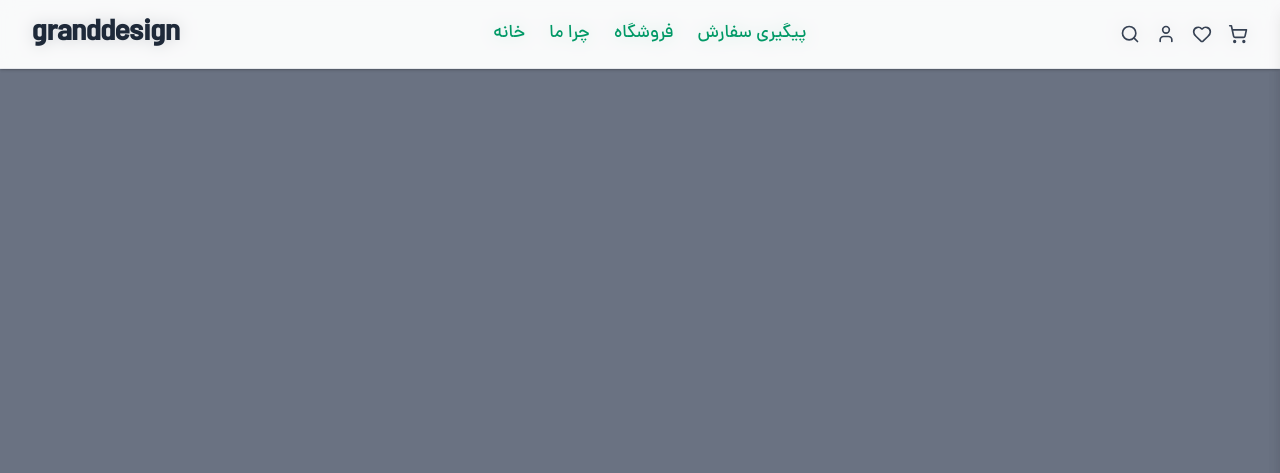
Repository: Aihan-2005/granddesign.frontend
Page: /productTracking
These files come from the project's save history. The page is drawn as it stood at one moment and after the next save; the edit follows.
The browser window is 1280 px wide. The pictures show the whole page.
The project was rebuilt for these pictures with package versions that can differ from the ones it lists, and the page was loaded fresh each time. The framework's server and built-in components were replaced by stand-ins that run in the browser. Also part of the build but not shown: next.config.mjs, src/components/store/modal/Search.jsx, src/zustand/useAuthStore.jsx, src/components/store/modal/Login.jsx, src/components/store/modal/CartModal.jsx, src/components/store/modal/FavoritesModal.jsx.

Above is the page before, as saved 2025-09-16 01:18:53.

After the next save:
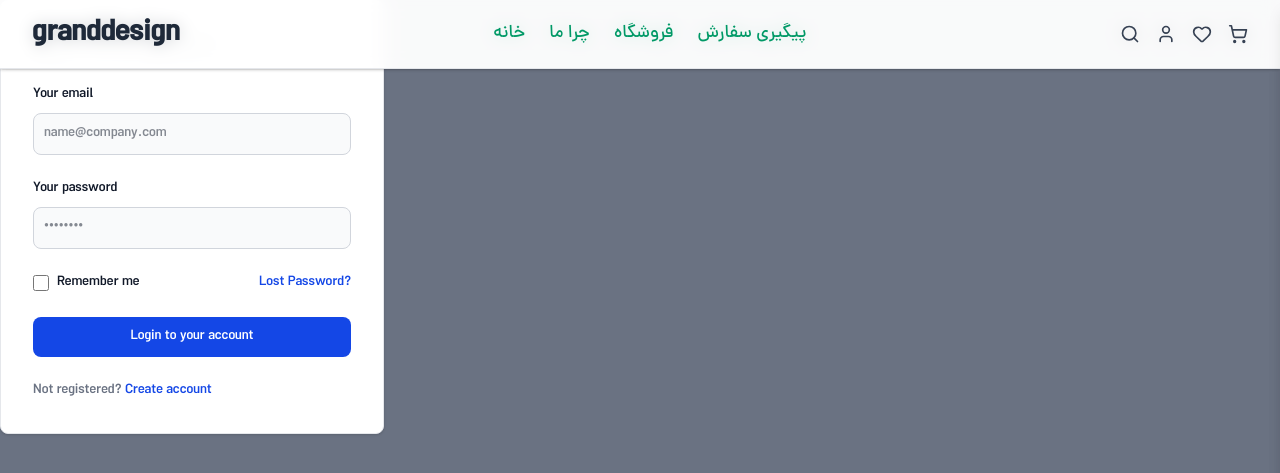
Saved 6 min 1 s later.
--- a/src/app/(fullpage)/productTracking/page.jsx
+++ b/src/app/(fullpage)/productTracking/page.jsx
@@ -5,6 +5,35 @@ export default function ProductTracking(){
               <Header />
 
               <div dir='rtl'></div>
+
+
+<div class="w-full max-w-sm p-4 bg-white border border-gray-200 rounded-lg shadow-sm sm:p-6 md:p-8 dark:bg-gray-800 dark:border-gray-700">
+    <form class="space-y-6" action="#">
+        <h5 class="text-xl font-medium text-gray-900 dark:text-white">Sign in to our platform</h5>
+        <div>
+            <label for="email" class="block mb-2 text-sm font-medium text-gray-900 dark:text-white">Your email</label>
+            <input type="email" name="email" id="email" class="bg-gray-50 border border-gray-300 text-gray-900 text-sm rounded-lg focus:ring-blue-500 focus:border-blue-500 block w-full p-2.5 dark:bg-gray-600 dark:border-gray-500 dark:placeholder-gray-400 dark:text-white" placeholder="name@company.com" required />
+        </div>
+        <div>
+            <label for="password" class="block mb-2 text-sm font-medium text-gray-900 dark:text-white">Your password</label>
+            <input type="password" name="password" id="password" placeholder="••••••••" class="bg-gray-50 border border-gray-300 text-gray-900 text-sm rounded-lg focus:ring-blue-500 focus:border-blue-500 block w-full p-2.5 dark:bg-gray-600 dark:border-gray-500 dark:placeholder-gray-400 dark:text-white" required />
+        </div>
+        <div class="flex items-start">
+            <div class="flex items-start">
+                <div class="flex items-center h-5">
+                    <input id="remember" type="checkbox" value="" class="w-4 h-4 border border-gray-300 rounded-sm bg-gray-50 focus:ring-3 focus:ring-blue-300 dark:bg-gray-700 dark:border-gray-600 dark:focus:ring-blue-600 dark:ring-offset-gray-800 dark:focus:ring-offset-gray-800" required />
+                </div>
+                <label for="remember" class="ms-2 text-sm font-medium text-gray-900 dark:text-gray-300">Remember me</label>
+            </div>
+            <a href="#" class="ms-auto text-sm text-blue-700 hover:underline dark:text-blue-500">Lost Password?</a>
+        </div>
+        <button type="submit" class="w-full text-white bg-blue-700 hover:bg-blue-800 focus:ring-4 focus:outline-none focus:ring-blue-300 font-medium rounded-lg text-sm px-5 py-2.5 text-center dark:bg-blue-600 dark:hover:bg-blue-700 dark:focus:ring-blue-800">Login to your account</button>
+        <div class="text-sm font-medium text-gray-500 dark:text-gray-300">
+            Not registered? <a href="#" class="text-blue-700 hover:underline dark:text-blue-500">Create account</a>
+        </div>
+    </form>
+</div>
+
               </div>
     )
 }
